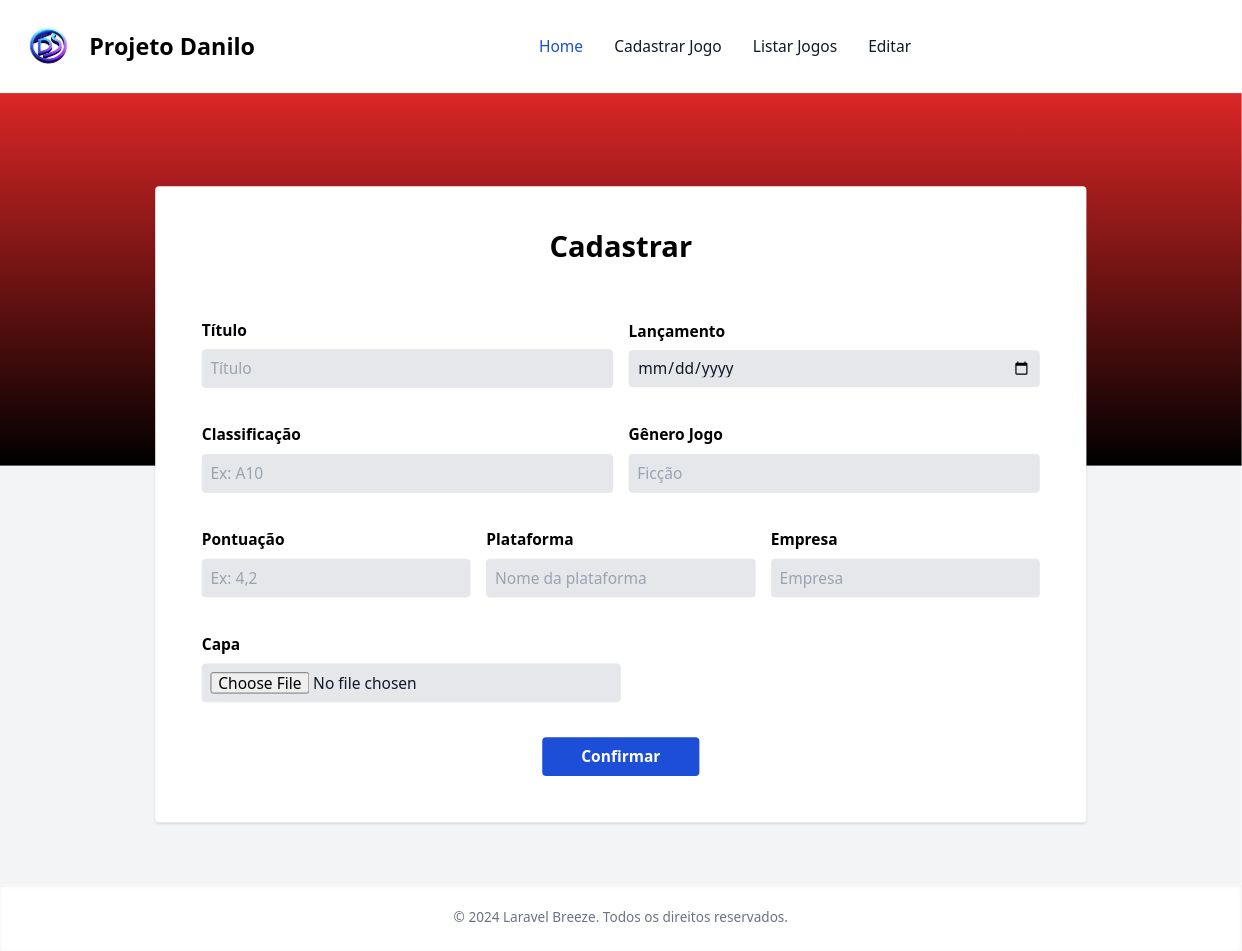
Repository: DaniloSsoares/Projeto-Laravel-site
Page: http://localhost/cadastrar
The author's editor kept a copy of each file at every save. The page is drawn from the files as they stood at one save, then again after the next save.
The browser window is 1280 px wide. The pictures show the whole page, at 97% of full size.
The page is served by the project's Laravel application, run on PHP 8.4 with Laravel 12. Other server files are loaded and not shown. Queries for data that is not in the repository find no rows.

Above is the page before, as saved 2024-09-10 11:39:46.

### Projeto_Laravel_Crud/routes/web.php
<?php

use App\Http\Controllers\JogoController;
use App\Http\Controllers\ProfileController;
use Illuminate\Support\Facades\Route;

Route::get('/', function () {
    return view('welcome');
});

Route::get('/dashboard', function () {
    return view('dashboard');
})->middleware(['auth', 'verified'])->name('dashboard');

Route::middleware('auth')->group(function () {
    Route::get('/profile', [ProfileController::class, 'edit'])->name('profile.edit');
    Route::patch('/profile', [ProfileController::class, 'update'])->name('profile.update');
    Route::delete('/profile', [ProfileController::class, 'destroy'])->name('profile.destroy');
});

require __DIR__.'/auth.php';


Route::get('/listar', [JogoController::class, 'listar'])->name('jogo.listar');

Route::get('/cadastrar', [JogoController::class, 'cadastrar'])->name('jogo.cadastrar');

Route::get('/atualizar', function () {
    return view('atualizacao');
});

Route::get('/deletar', function () {
    return view('deletar');
});




Route::post('/adicionarJogo', [JogoController::class, 'adicionar'])->name('adicionar.jogo');


Route::post("/atualizar/{id}", [JogoController::class, 'atualizar'])->name('atualizar.jogo');

Route::get("/excluir/{id}",[JogoController::class, 'excluir'])->name('Excluir.jogo');

Route::get("/editar/{id}",[JogoController::class, 'editar'])->name('Editar.jogo');

### Projeto_Laravel_Crud/app/Http/Controllers/JogoController.php
<?php

namespace App\Http\Controllers;

use App\Models\Jogo;
use Illuminate\Http\Request;
use App\Http\Requests\adicionarRequest;

class JogoController extends Controller
{
    /**
     * Display a listing of the resource.
     */
    public function authorize()
    {
        return true;  // Certifique-se de retornar true para permitir a validação
    }


        public function cadastrar(Request $req)
        {
            $jogos = Jogo::all();  // Exemplo de lógica com dados do banco
            return view('cadastrar', ['jogos' => $jogos]);
        }
        public function adicionar(adicionarRequest $req){
          try{
             $jogo = new Jogo;
             $jogo-> titulo = $req->titulo;
             $jogo->anolanc = $req->anolanc;
             $jogo-> classi = $req->classi;
             $jogo-> genero = $req->genero;
             $jogo->pontuacao= $req->pontuacao;
             $jogo-> plataforma = $req->plataforma;
             $jogo-> empresa = $req->empresa;
             if ($req->hasFile('capa') && $req->file('capa')->isValid()) {

                $jogo->capa = $req->file('capa')->store('capas', 'public');
            }
            $jogo->save();
            return redirect()->back()->with('success', 'Filme adicionado com sucesso!');
        } catch (\Exception $e) {

            return redirect()->back()->withErrors(['error' => 'Ocorreu um erro ao adicionar o filme: ' . $e->getMessage()]);
        }
    }

public function listar(Request $req){
    $jogos = Jogo::all();
    return view('listar', ['jogos' => $jogos]);
}
public function excluir(Request $req){
$jogo = Jogo::find($req->id);
$jogo->delete();
return redirect()->back();
}
public function editar(Request $req){
$jogo = Jogo::find($req->id);
return view('editar')->with("jogo", $jogo);
}
}

### Projeto_Laravel_Crud/app/Models/Jogo.php
<?php

namespace App\Models;

use Illuminate\Database\Eloquent\Factories\HasFactory;
use Illuminate\Database\Eloquent\Model;

class Jogo extends Model
{
    use HasFactory;

    protected $fillable = [
"titulo",
"anolanc",
"classi",
"genero",
"pontuacao",
"plataforma",
"empresa",
"capa",

    ];
    public function getCapaUrlAttribute(){
        if($this->capa){
            //Asset usado em laravel para armazernar uma url dentro de uma pasta
            return asset('storage/' . $this->capa);
        }
        return null;
    }
}

### Projeto_Laravel_Crud/resources/views/cadastrar.blade.php
<!DOCTYPE html>
<html lang="en">

<head>
    <meta charset="UTF-8">
    <meta name="viewport" content="width=device-width, initial-scale=1.0">
    <title>Laravel PHP Breeze Test</title>
    <link rel="stylesheet" href="https://cdn.jsdelivr.net/npm/tailwindcss@2.2.19/dist/tailwind.min.css">
</head>

<body class="bg-gray-100 dark:bg-zinc-900 text-black dark:text-white">

    <!-- Header -->

    @if (Route::has('login'))
    <nav class="bg-white border-gray-200 dark:bg-gray-900">
  <div class="max-w-screen-xl flex flex-wrap items-center justify-between mx-auto p-4">
  <a href="{{ url('/dashboard') }}" class="flex items-center space-x-3 rtl:space-x-reverse">
      <img src="/img/logoDan.png" class="h-16" alt="Flowbite Logo" />
      <span class="self-center text-2xl font-semibold whitespace-nowrap dark:text-white">Projeto Danilo</span>
  </a>

  <div class="flex items-center md:order-2 space-x-3 md:space-x-0 rtl:space-x-reverse">


  </div>
  <div class="items-center justify-between hidden w-full md:flex md:w-auto md:order-1" id="navbar-user">
    <ul class="flex flex-col font-medium p-4 md:p-0 mt-4 border border-gray-100 rounded-lg bg-gray-50 md:space-x-8 rtl:space-x-reverse md:flex-row md:mt-0 md:border-0 md:bg-white dark:bg-gray-800 md:dark:bg-gray-900 dark:border-gray-700">
      <li>
        <a href="{{ url('/dashboard') }}" class="block py-2 px-3 text-white bg-blue-700 rounded md:bg-transparent md:text-blue-700 md:p-0 md:dark:text-blue-500" aria-current="page">Home</a>
      </li>
      <li>
       <a href="{{ route('jogo.cadastrar') }}" class="block py-2 px-3 text-gray-900 rounded hover:bg-gray-100 md:hover:bg-transparent md:hover:text-blue-700 md:p-0 dark:text-white md:dark:hover:text-blue-500 dark:hover:bg-gray-700 dark:hover:text-white md:dark:hover:bg-transparent dark:border-gray-700">Cadastrar Jogo</a>

      </li>
      <li>
        <a href="{{ route('jogo.listar') }}" class="block py-2 px-3 text-gray-900 rounded hover:bg-gray-100 md:hover:bg-transparent md:hover:text-blue-700 md:p-0 dark:text-white md:dark:hover:text-blue-500 dark:hover:bg-gray-700 dark:hover:text-white md:dark:hover:bg-transparent dark:border-gray-700">Listar Jogos</a>
      </li>
      <li>
        <a href="#" class="block py-2 px-3 text-gray-900 rounded hover:bg-gray-100 md:hover:bg-transparent md:hover:text-blue-700 md:p-0 dark:text-white md:dark:hover:text-blue-500 dark:hover:bg-gray-700 dark:hover:text-white md:dark:hover:bg-transparent dark:border-gray-700">Editar</a>
      </li>

      <div class="flex space-x-4">
                @auth
                <a href="{{ url('/profile') }}" class="block py-2 px-3 text-gray-900 rounded hover:bg-gray-100 md:hover:bg-transparent md:hover:text-blue-700 md:p-0 dark:text-white md:dark:hover:text-blue-500 dark:hover:bg-gray-700 dark:hover:text-white md:dark:hover:bg-transparent dark:border-gray-700">Perfil</a>

                <div>{{ Auth::user()->name }}</div>

                @endauth
            </div>
    </ul>
  </div>
  </div>
</nav>
        @endif
    </header>

    <div class="w-full">
    <div class="bg-gradient-to-b from-red-600 to-black h-96"></div>
    <div class="max-w-5xl mx-auto px-6 sm:px-6 lg:px-8 mb-12">
    <div class="bg-white w-full shadow rounded p-8 sm:p-12 -mt-72">
        <p class="text-3xl font-bold leading-7 text-center">Cadastrar</p>
        <form method="POST" action="/adicionarJogo" enctype="multipart/form-data">
            @csrf
            <!-- Primeira linha de inputs -->
            <div class="md:flex items-center mt-12">
                <div class="w-full md:w-1/2 flex flex-col mt-4">
                    <label class="font-semibold leading-none">Título</label>
                    <input type="text" name="titulo" placeholder="Título" class="leading-none text-gray-900 p-2 focus:outline-none focus:border-blue-700 mt-3 bg-gray-200 border rounded border-gray-200" />
                </div>
                <div class="w-full md:w-1/2 flex flex-col mt-4 md:ml-4">
                    <label class="font-semibold leading-none">Lançamento</label>
                    <input type="date" name="anolanc" placeholder="Ex: 2024/05/10" class="leading-none text-gray-900 p-2 focus:outline-none focus:border-blue-700 mt-3 bg-gray-200 border rounded border-gray-200" />
                </div>
            </div>

            <!-- Segunda linha de inputs -->
            <div class="md:flex items-center mt-6">
                <div class="w-full md:w-1/2 flex flex-col mt-4">
                    <label class="font-semibold leading-none">Classificação</label>
                    <input type="text" name="classi" placeholder="Ex: A10" class="leading-none text-gray-900 p-2 focus:outline-none focus:border-blue-700 mt-3 bg-gray-200 border rounded border-gray-200" />
                </div>
                <div class="w-full md:w-1/2 flex flex-col mt-4 md:ml-4">
                    <label class="font-semibold leading-none">Gênero Jogo</label>
                    <input type="text" name="genero" placeholder="Ficção" class="leading-none text-gray-900 p-2 focus:outline-none focus:border-blue-700 mt-3 bg-gray-200 border rounded border-gray-200" />
                </div>
            </div>

            <!-- Terceira linha de inputs -->
            <div class="md:flex items-center mt-6">
                <div class="w-full md:w-1/3 flex flex-col mt-4">
                    <label class="font-semibold leading-none">Pontuação</label>
                    <input type="text" name="pontuacao" placeholder="Ex: 4,2" class="leading-none text-gray-900 p-2 focus:outline-none focus:border-blue-700 mt-3 bg-gray-200 border rounded border-gray-200" />
                </div>
                <div class="w-full md:w-1/3 flex flex-col mt-4 md:ml-4">
                    <label class="font-semibold leading-none">Plataforma</label>
                    <input type="text" name="plataforma" placeholder="Nome da plataforma" class="leading-none text-gray-900 p-2 focus:outline-none focus:border-blue-700 mt-3 bg-gray-200 border rounded border-gray-200" />
                </div>
                <div class="w-full md:w-1/3 flex flex-col mt-4 md:ml-4">
                    <label class="font-semibold leading-none">Empresa</label>
                    <input type="text" name="empresa" placeholder="Empresa" class="leading-none text-gray-900 p-2 focus:outline-none focus:border-blue-700 mt-3 bg-gray-200 border rounded border-gray-200" />
                </div>
            </div>

            <!-- Input de arquivo -->
            <div class="md:flex items-center mt-6">
                <div class="w-full md:w-1/2 flex flex-col mt-4">
                    <label class="font-semibold leading-none">Capa</label>
                    <input type="file" name="capa" class="leading-none text-gray-900 p-2 focus:outline-none focus:border-blue-700 mt-3 bg-gray-200 border rounded border-gray-200" />
                </div>
            </div>

            <!-- Botão de enviar -->
            <div class="flex items-center justify-center w-full mt-9">
                <button type="submit" class="font-semibold leading-none text-white py-3 px-10 bg-blue-700 rounded hover:bg-blue-600 focus:ring-2 focus:ring-offset-2 focus:ring-blue-700 focus:outline-none">
                    Confirmar
                </button>
            </div>
        </form>
    </div>
</div>
@if ($errors->any())
    <div class="alert alert-danger">
        <ul>
            @foreach ($errors->all() as $error)
                <li>{{ $error }}</li>
            @endforeach
        </ul>
    </div>
@endif
 <!-- Footer -->
 <footer class="mt-16 p-6 bg-white dark:bg-zinc-800 shadow-inner">
        <div class="text-center text-sm text-gray-500 dark:text-gray-400">
            © 2024 Laravel Breeze. Todos os direitos reservados.
        </div>
    </footer>
</body>
</html>

Loaded but not shown: Projeto_Laravel_Crud/routes/auth.php (common file); Projeto_Laravel_Crud/app/Http/Controllers/Auth/EmailVerificationPromptController.php (common file); Projeto_Laravel_Crud/app/Http/Controllers/Controller.php (common file); Projeto_Laravel_Crud/app/Http/Controllers/Auth/VerifyEmailController.php (common file)

After the next save:
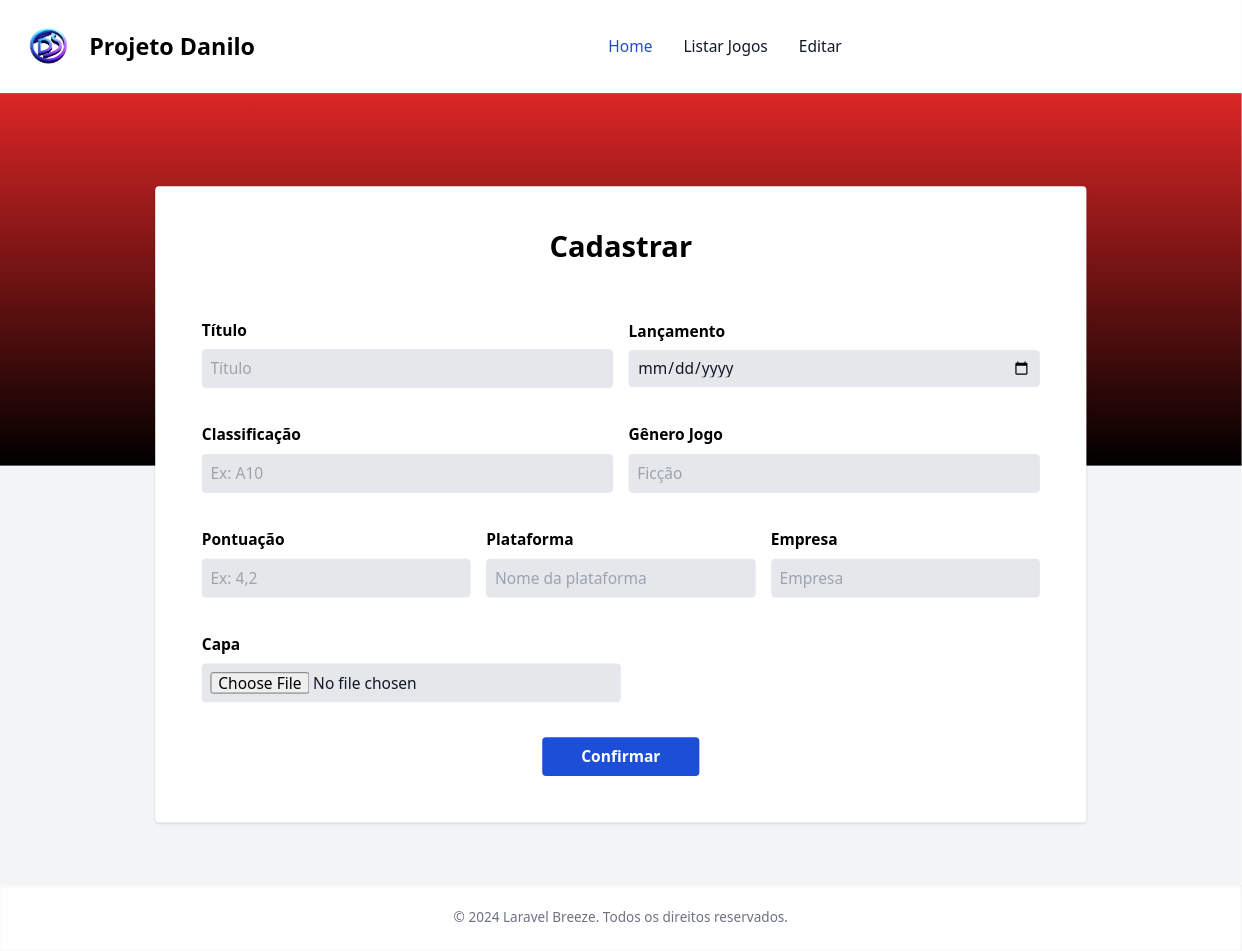
Saved 30 s later.
--- a/Projeto_Laravel_Crud/resources/views/cadastrar.blade.php
+++ b/Projeto_Laravel_Crud/resources/views/cadastrar.blade.php
@@ -29,10 +29,7 @@
       <li>
         <a href="{{ url('/dashboard') }}" class="block py-2 px-3 text-white bg-blue-700 rounded md:bg-transparent md:text-blue-700 md:p-0 md:dark:text-blue-500" aria-current="page">Home</a>
       </li>
-      <li>
-       <a href="{{ route('jogo.cadastrar') }}" class="block py-2 px-3 text-gray-900 rounded hover:bg-gray-100 md:hover:bg-transparent md:hover:text-blue-700 md:p-0 dark:text-white md:dark:hover:text-blue-500 dark:hover:bg-gray-700 dark:hover:text-white md:dark:hover:bg-transparent dark:border-gray-700">Cadastrar Jogo</a>
 
-      </li>
       <li>
         <a href="{{ route('jogo.listar') }}" class="block py-2 px-3 text-gray-900 rounded hover:bg-gray-100 md:hover:bg-transparent md:hover:text-blue-700 md:p-0 dark:text-white md:dark:hover:text-blue-500 dark:hover:bg-gray-700 dark:hover:text-white md:dark:hover:bg-transparent dark:border-gray-700">Listar Jogos</a>
       </li>
